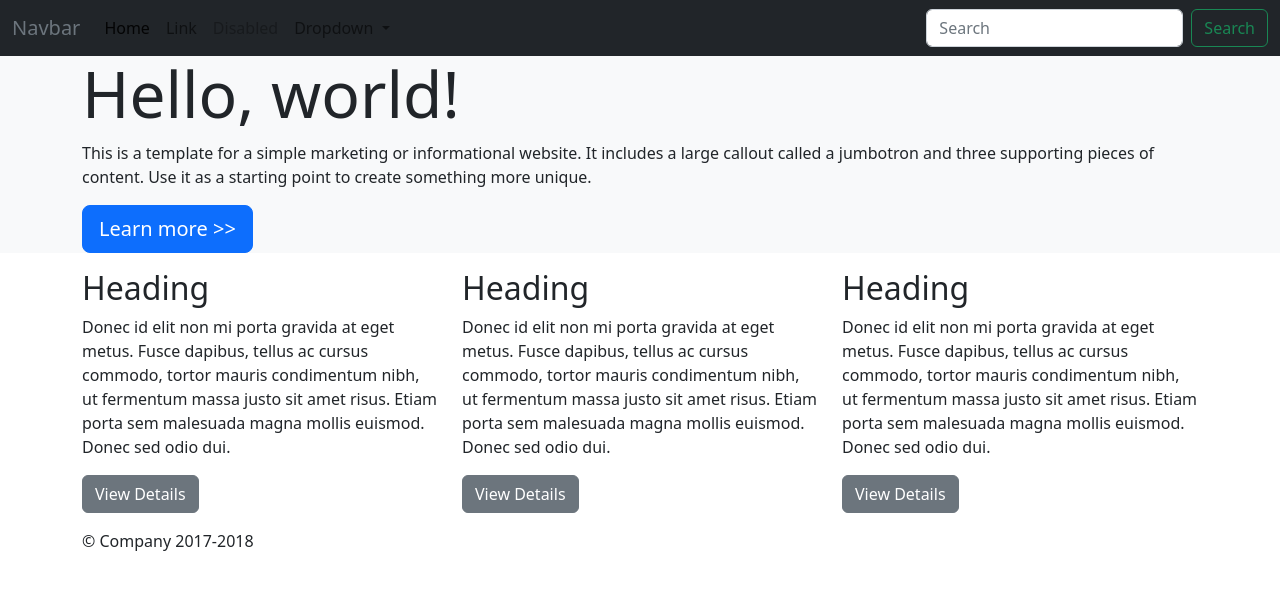
Repository: trongtamdev/lession1_html_sleepcloud
Page: jumbotron.html
These files come from the project's save history. The page is drawn as it stood at one moment and after the next save; the edit follows.
The browser window is 1280 px wide. The pictures show the whole page.

Above is the page before, as saved 2022-09-12 09:07:38.

### jumbotron.html
<!DOCTYPE html>
<html lang="en">
  <head>
    <meta charset="UTF-8" />
    <meta http-equiv="X-UA-Compatible" content="IE=edge" />
    <meta name="viewport" content="width=device-width, initial-scale=1.0" />
    <title>Jumbotron</title>
    <link href="./styles/bootstrap.css" rel="stylesheet" />
    <script src="https://cdn.jsdelivr.net/npm/bootstrap@5.2.1/dist/js/bootstrap.bundle.min.js"></script>
  </head>
  <body>
    <nav class="navbar navbar-expand-lg bg-dark">
      <div class="container-fluid">
        <a class="navbar-brand text-muted" href="#">Navbar</a>
        <button
          class="navbar-toggler"
          type="button"
          data-bs-toggle="collapse"
          data-bs-target="#navbarSupportedContent"
          aria-controls="navbarSupportedContent"
          aria-expanded="false"
          aria-label="Toggle navigation"
        >
          <span class="navbar-toggler-icon"></span>
        </button>
        <div class="collapse navbar-collapse" id="navbarSupportedContent">
          <ul class="navbar-nav me-auto mb-2 mb-lg-0">
            <li class="nav-item ">
              <a class="nav-link active" aria-current="page" href="#">Home</a>
            </li>
            <li class="nav-item">
              <a class="nav-link" href="#">Link</a>
            </li>
            <li class="nav-item">
              <a class="nav-link disabled">Disabled</a>
            </li>
            <li class="nav-item dropdown">
              <a
                class="nav-link dropdown-toggle"
                href="#"
                role="button"
                data-bs-toggle="dropdown"
                aria-expanded="false"
              >
                Dropdown
              </a>
              <ul class="dropdown-menu">
                <li><a class="dropdown-item" href="#">Action</a></li>
                <li><a class="dropdown-item" href="#">Another action</a></li>
                <li><hr class="dropdown-divider" /></li>
                <li>
                  <a class="dropdown-item" href="#">Something else here</a>
                </li>
              </ul>
            </li>
          </ul>
          <form class="d-flex" role="search">
            <input
              class="form-control me-2"
              type="search"
              placeholder="Search"
              aria-label="Search"
            />
            <button class="btn btn-outline-success" type="submit">
              Search
            </button>
          </form>
        </div>
      </div>
    </nav>

    <main>
      <div class="jumbotron bg-light">
        <div class="container">
          <h1 class="display-3">Hello, world!</h1>
          <p>
            This is a template for a simple marketing or informational website.
            It includes a large callout called a jumbotron and three supporting
            pieces of content. Use it as a starting point to create something
            more unique.
          </p>
          <p><a class="btn btn-primary btn-lg" href="#">Learn more >></a></p>
        </div>
      </div>

      <div class="container">
        <div class="row">
          <div class="col-md-4">
            <h2>Heading</h2>
            <p>
              Donec id elit non mi porta gravida at eget metus. Fusce dapibus,
              tellus ac cursus commodo, tortor mauris condimentum nibh, ut
              fermentum massa justo sit amet risus. Etiam porta sem malesuada
              magna mollis euismod. Donec sed odio dui.
            </p>
            <p>
              <a class="btn btn-secondary" href="#" role="button"
                >View Details</a
              >
            </p>
          </div>
          <div class="col-md-4">
            <h2>Heading</h2>
            <p>
              Donec id elit non mi porta gravida at eget metus. Fusce dapibus,
              tellus ac cursus commodo, tortor mauris condimentum nibh, ut
              fermentum massa justo sit amet risus. Etiam porta sem malesuada
              magna mollis euismod. Donec sed odio dui.
            </p>
            <p>
              <a class="btn btn-secondary" href="#" role="button"
                >View Details</a
              >
            </p>
          </div>
          <div class="col-md-4">
            <h2>Heading</h2>
            <p>
              Donec id elit non mi porta gravida at eget metus. Fusce dapibus,
              tellus ac cursus commodo, tortor mauris condimentum nibh, ut
              fermentum massa justo sit amet risus. Etiam porta sem malesuada
              magna mollis euismod. Donec sed odio dui.
            </p>
            <p>
              <a class="btn btn-secondary" href="#" role="button"
                >View Details</a
              >
            </p>
          </div>
        </div>
      </div>
    </main>

    <footer class="container">© Company 2017-2018</footer>
  </body>
</html>

Loaded but not shown: styles/bootstrap.css (library)

After the next save:
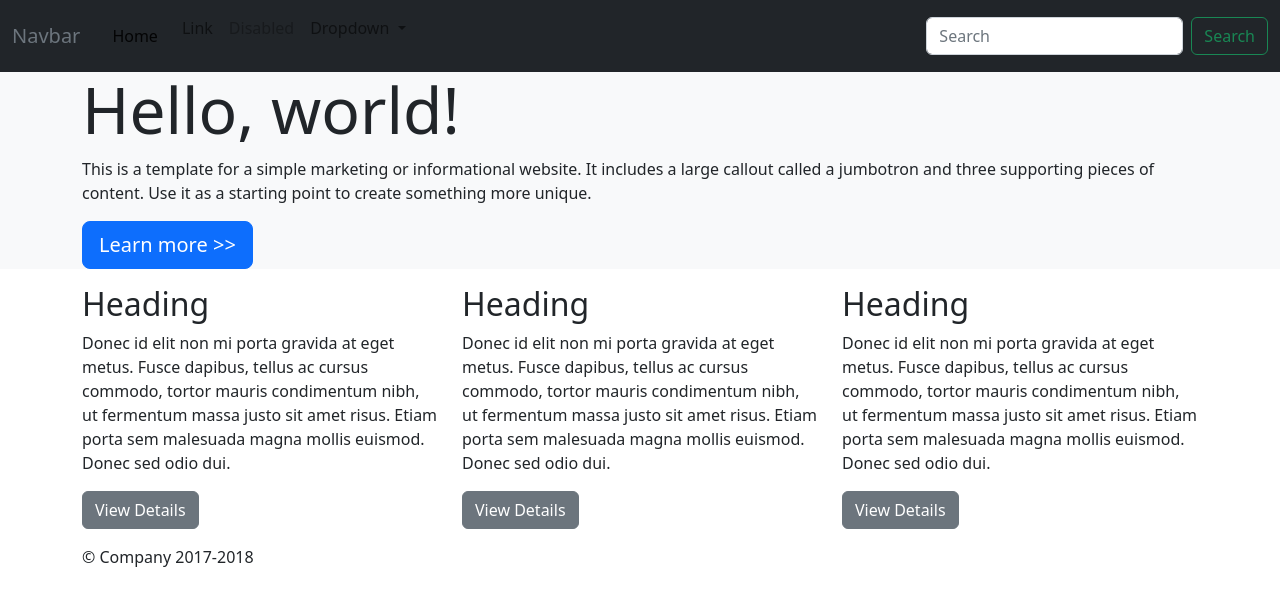
Saved 10 s later.
--- a/jumbotron.html
+++ b/jumbotron.html
@@ -25,7 +25,7 @@
         </button>
         <div class="collapse navbar-collapse" id="navbarSupportedContent">
           <ul class="navbar-nav me-auto mb-2 mb-lg-0">
-            <li class="nav-item ">
+            <li class="nav-link">
               <a class="nav-link active" aria-current="page" href="#">Home</a>
             </li>
             <li class="nav-item">

After the save that followed:
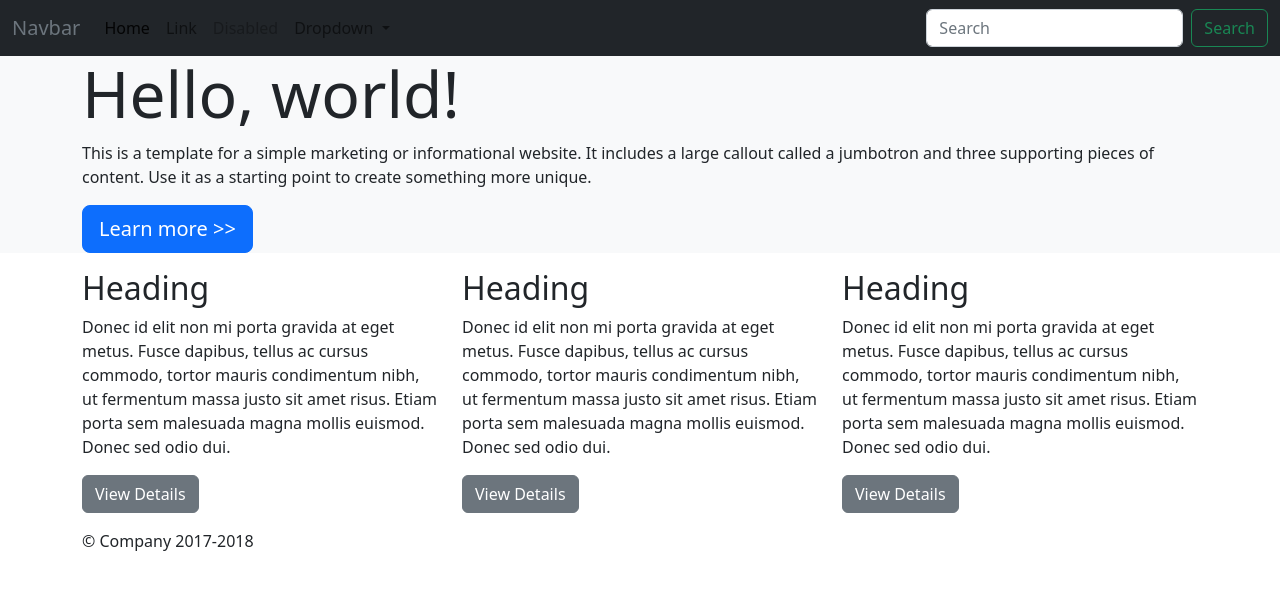
Saved 7 s later.
--- a/jumbotron.html
+++ b/jumbotron.html
@@ -25,7 +25,7 @@
         </button>
         <div class="collapse navbar-collapse" id="navbarSupportedContent">
           <ul class="navbar-nav me-auto mb-2 mb-lg-0">
-            <li class="nav-link">
+            <li class="nav-item ">
               <a class="nav-link active" aria-current="page" href="#">Home</a>
             </li>
             <li class="nav-item">
